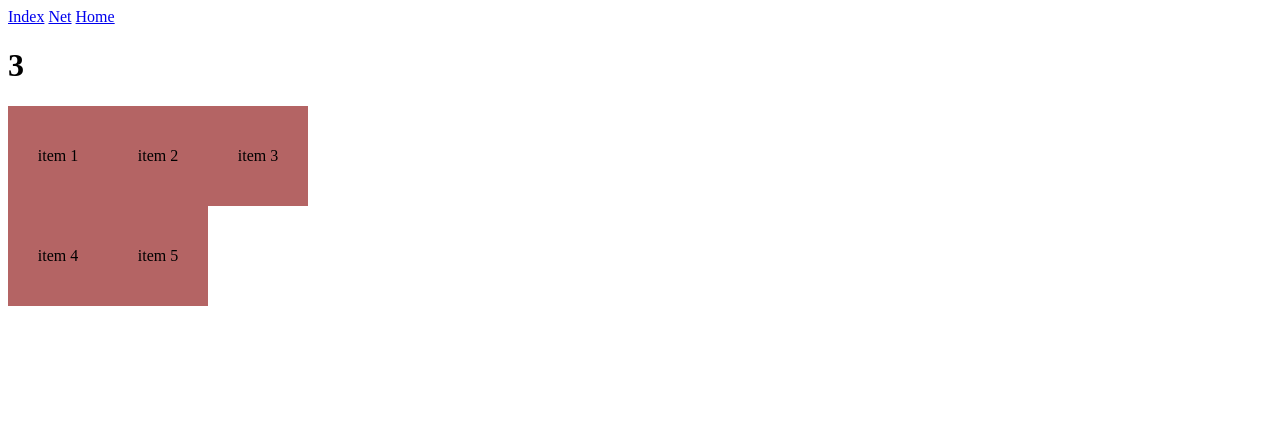
Repository: Nguyen-Toan-2004/du-an-test
Page: product.htm
An editor plug-in stored every save of this project. The page is shown before and after a run of saves, followed by the edit.
The browser window is 1280 px wide. The pictures show the whole page.

Above is the page before, as saved 2025-10-22 19:32:37.

### product.htm
<!DOCTYPE html>
<html lang="en">
  <head>
    <meta charset="UTF-8" />
    <meta name="viewport" content="width=device-width, initial-scale=1.0" />
    <title>Product</title>
  </head>
  <body>
    <a href="index.html">Index</a>
    <a href="net.htm">Net</a>
    <a href="home.html">Home</a>
    <h1>3</h1>
    <style>
      .container {
        display: grid;
        grid-template-columns: repeat(3, 100px);
        grid-template-rows: repeat(3, 100px);
      }
      .box {
        background: #b46464;
        display: flex;
        justify-content: center;
        align-items: center;
      }
      .box1 {
        grid-row-start: 1;
        grid-column-start: 1;
      }
    </style>
    <div class="container">
      <div class="box box1">item 1</div>
      <div class="box box2">item 2</div>
      <div class="box box3">item 3</div>
      <div class="box box4">item 4</div>
      <div class="box box5">item 5</div>
    </div>
  </body>
</html>

After the next 2 saves:
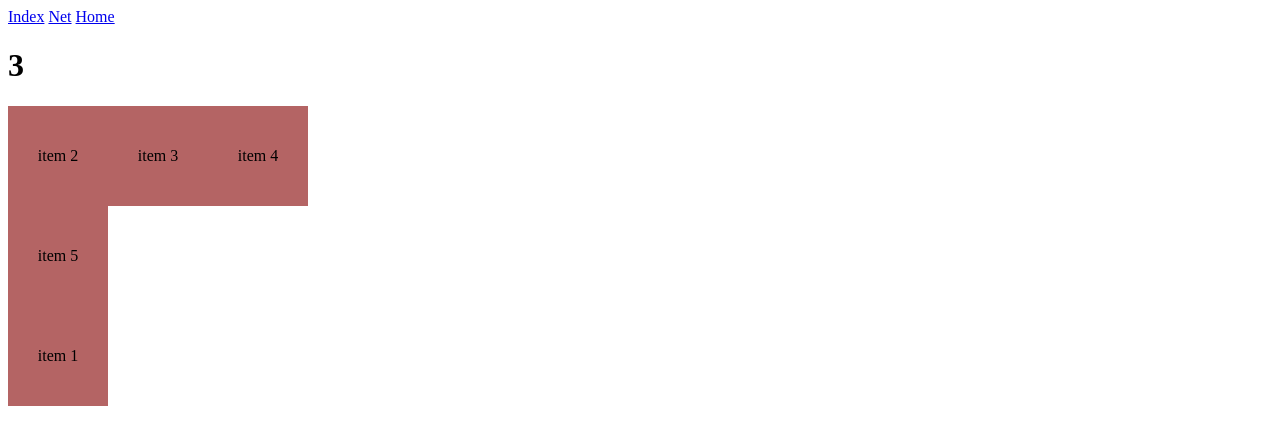
The 2 saves are shown as one change because they came seconds apart.
The last was saved 6 s later.
--- a/product.htm
+++ b/product.htm
@@ -23,7 +23,7 @@
         align-items: center;
       }
       .box1 {
-        grid-row-start: 1;
+        grid-row-start: 3;
         grid-column-start: 1;
       }
     </style>

After the 2 saves that followed:
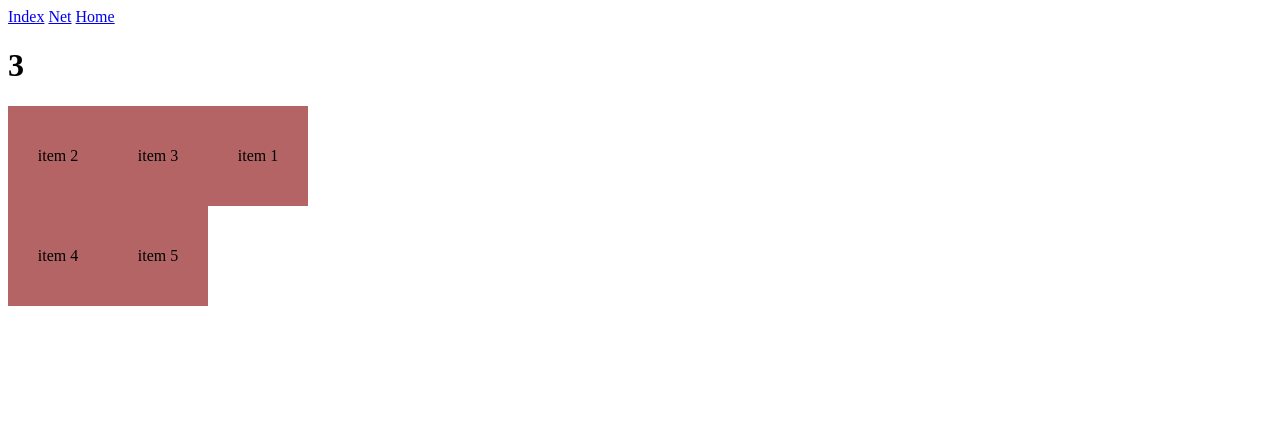
The 2 saves are shown as one change because they came seconds apart.
The last was saved 19 s later.
--- a/product.htm
+++ b/product.htm
@@ -23,8 +23,8 @@
         align-items: center;
       }
       .box1 {
-        grid-row-start: 3;
-        grid-column-start: 1;
+        grid-row-start: 1;
+        grid-column-start: 3;
       }
     </style>
     <div class="container">
